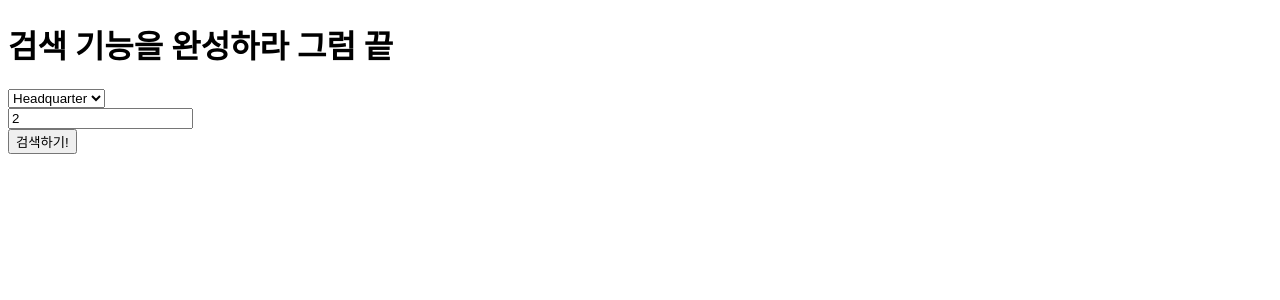
Repository: CISXO/JSP
Page: http://localhost/DB_Project/DB/Search.jsp
These files come from the project's save history. The page is drawn as it stood at one moment and after the next save; the edit follows.
The browser window is 1280 px wide. The pictures show the whole page.
The page is served by Tomcat 9.

Above is the page before, as saved 2022-12-22 00:11:48.

After the next save:
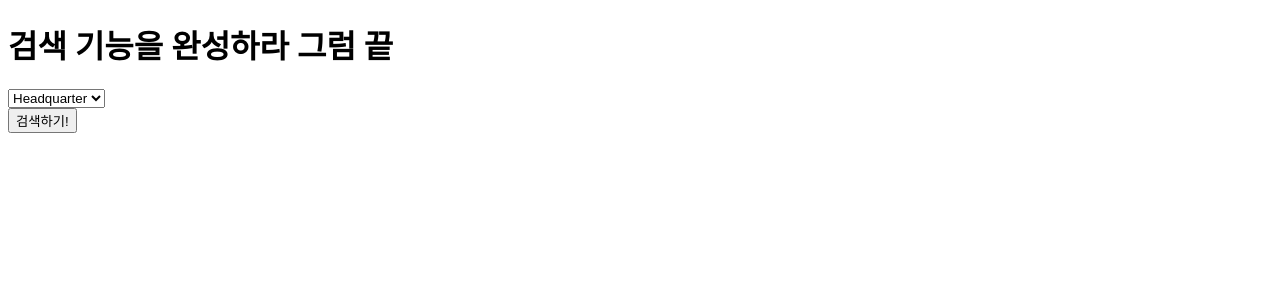
Saved 2 min 14 s later.
--- a/DbProject/DB_Project/src/main/webapp/DB/Search.jsp
+++ b/DbProject/DB_Project/src/main/webapp/DB/Search.jsp
@@ -21,7 +21,7 @@
         <option>connect</option>
       </select>
        <div class="row">
-        <input name="checkcheck" type="text" placeHolder="검색할 값" value="2">
+        <input name="checkcheck" type="hidden" placeHolder="검색할 값" value="2">
         </div>
       <button>검색하기!</button>
         </div>
